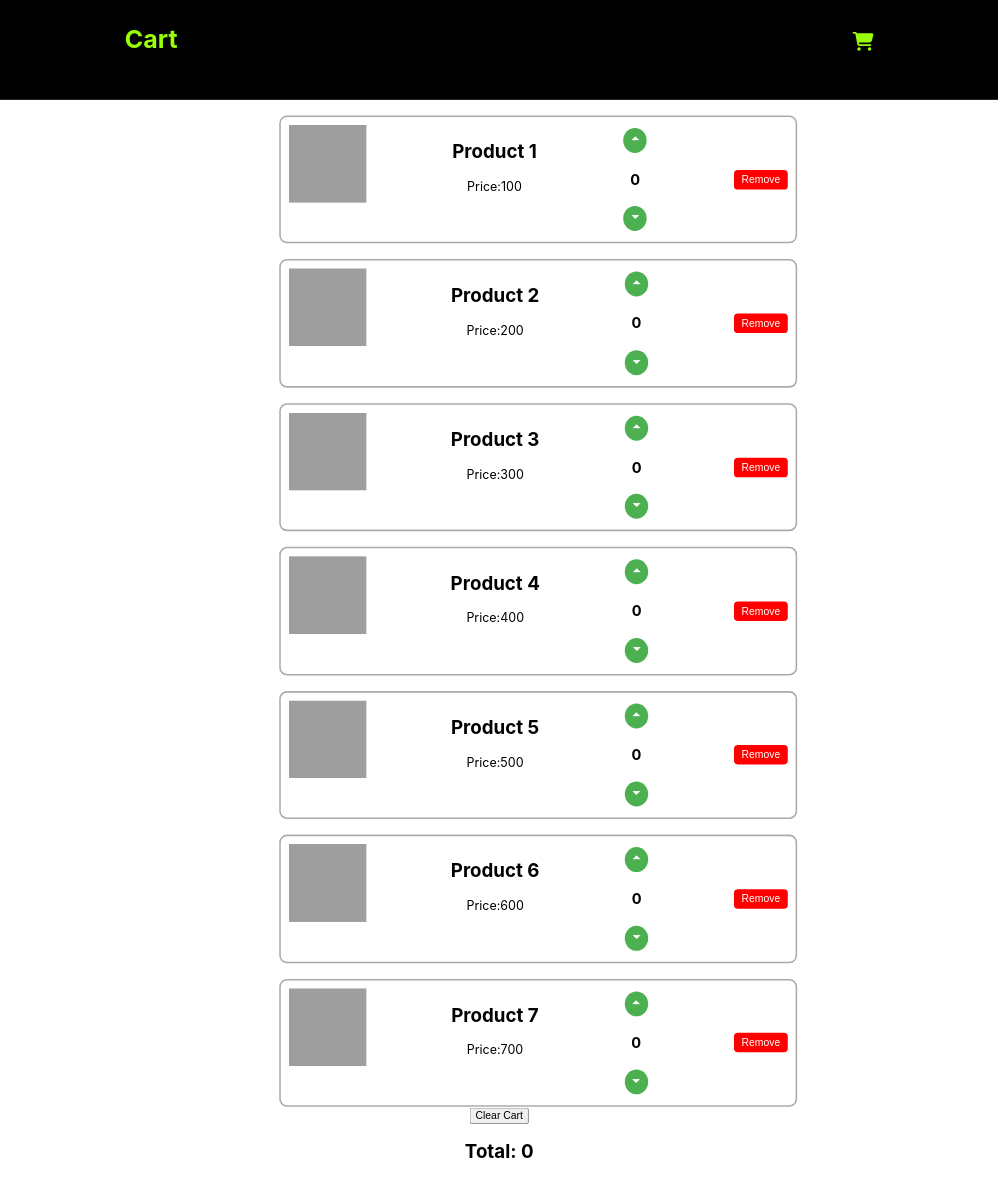
Repository: sriram1224/Cart-react-app
Page: /
An editor plug-in stored every save of this project. The page is shown before and after the next save, followed by the edit.
The browser window is 1280 px wide. The pictures show the whole page, at 78% of full size.
Pictures or frames that could not be fetched are drawn as grey boxes. The project was rebuilt for these pictures with package versions that can differ from the ones it lists, and the page was loaded fresh each time.

Above is the page before, as saved 2024-03-12 22:33:42.

After the next save:
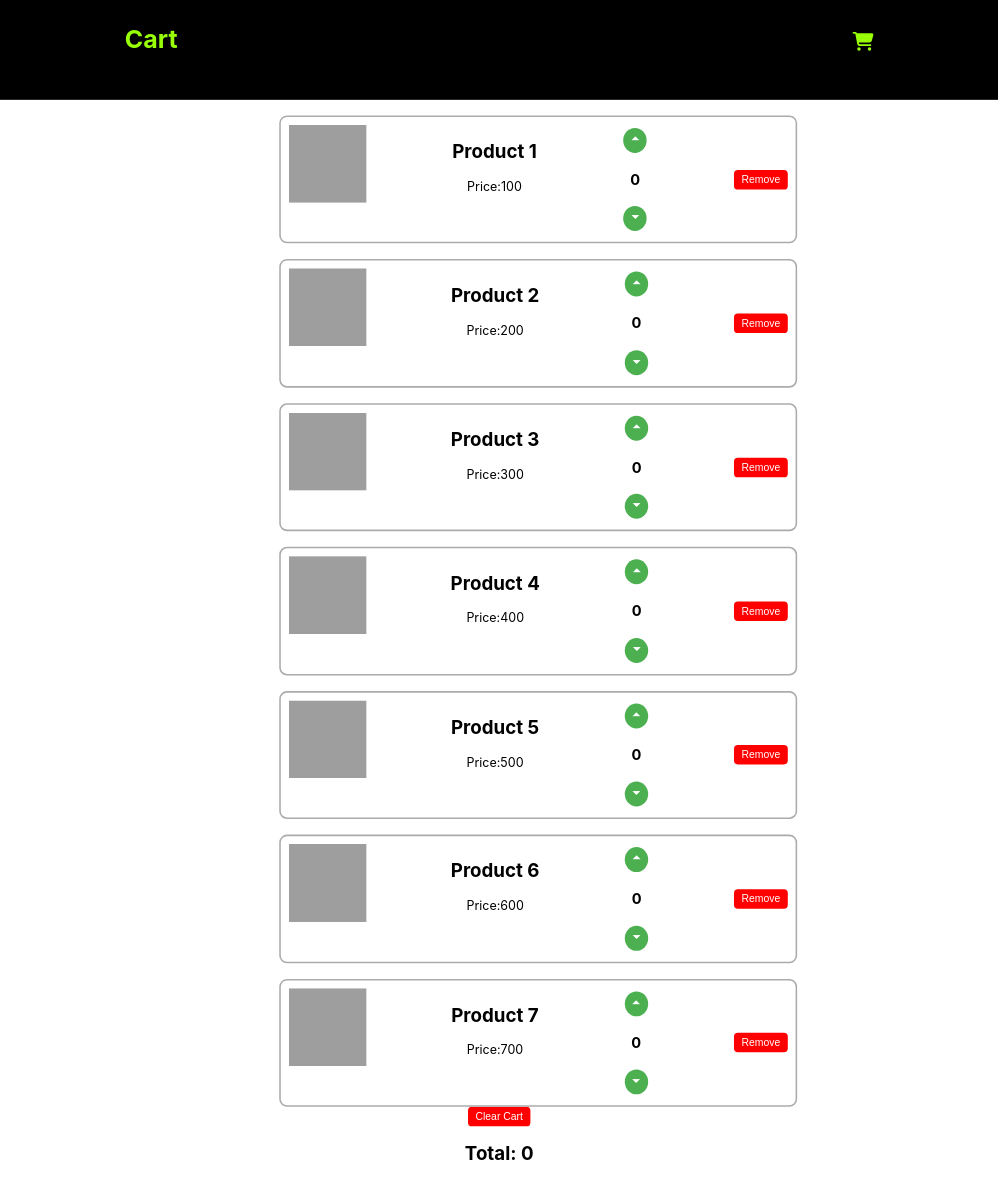
Saved 7 s later.
--- a/src/Components/cart.css
+++ b/src/Components/cart.css
@@ -67,5 +67,10 @@
     text-align: center;
 }
 .clr-btn{
-
+    background-color: red;
+    color: white;
+    border: none;
+    padding: 5px 10px;
+    border-radius: 5px;
+    cursor: pointer;
 }
